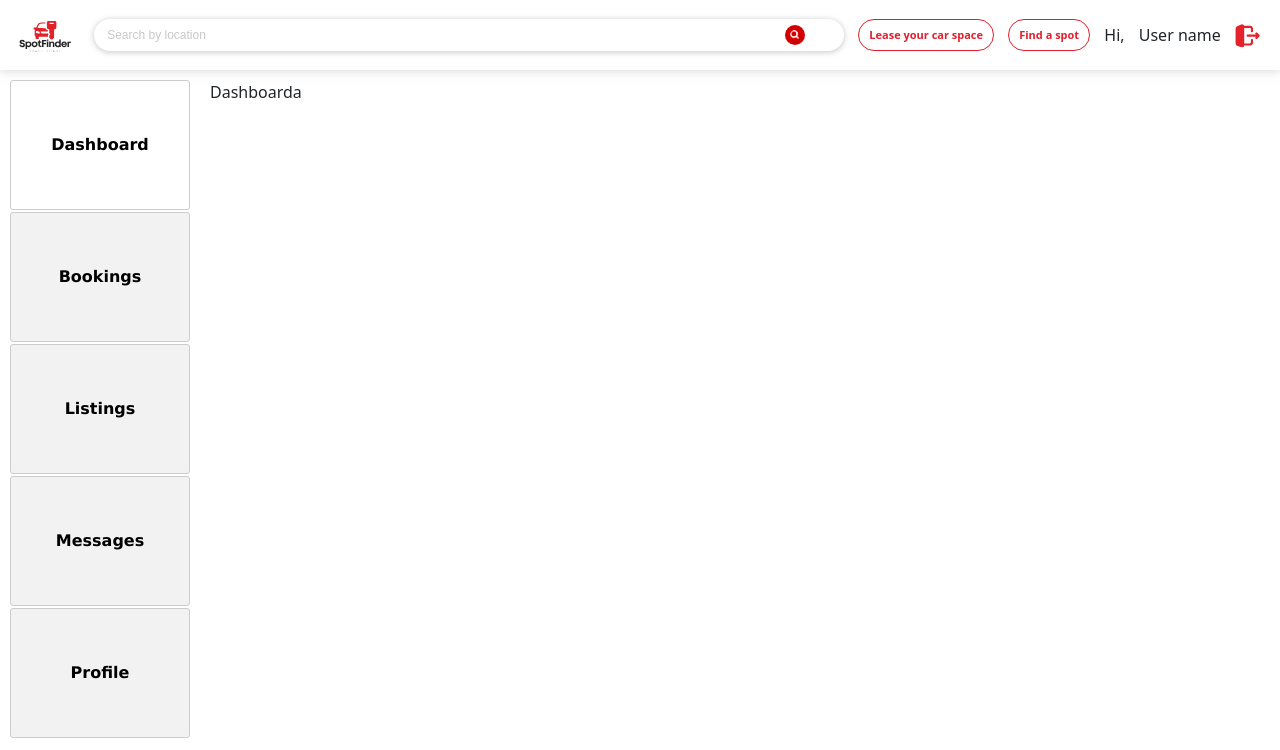
Repository: UNSWSpotFinder/SpotFinder
Page: /dashboard (app in frontend/)
These files come from the project's save history. The page is drawn as it stood at one moment and after a run of saves; the edit follows.
The browser window is 1280 px wide. The pictures show the whole page.
The project was rebuilt for these pictures with package versions that can differ from the ones it lists, and the page was loaded fresh each time. Also part of the build but not shown: frontend/src/Login.css, frontend/src/Login.jsx, frontend/src/Regist.css, frontend/src/Regist.jsx, frontend/src/HomePage.jsx, frontend/src/App.css, frontend/src/components/Bookings.jsx, frontend/src/components/Listings.jsx and 2 more.

Above is the page before, as saved 2024-03-09 20:51:40.

After the next 2 saves:
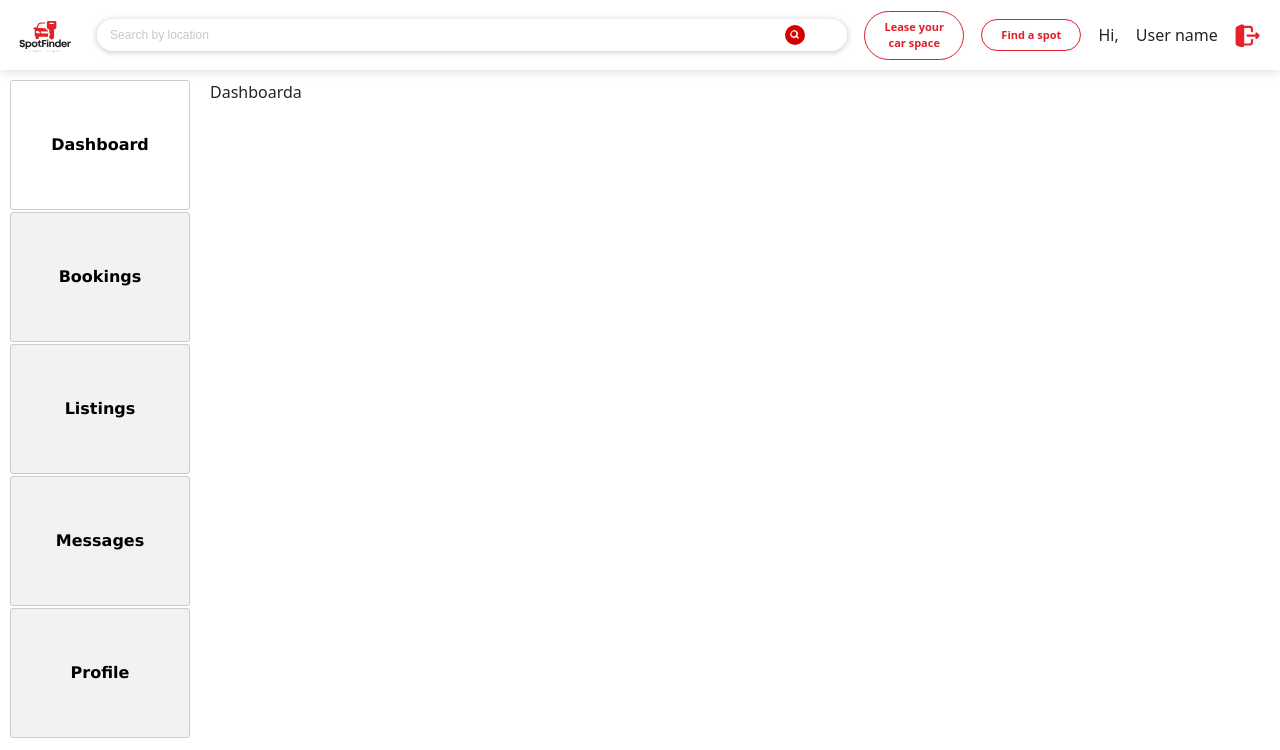
The 2 saves are shown as one change because they came seconds apart.
The last was saved 30 s later.
--- a/frontend/src/components/DashboardTop.css
+++ b/frontend/src/components/DashboardTop.css
@@ -12,6 +12,7 @@
     padding: 7px 10px;
     border: 1px solid #e11e2c;
     border-radius: 25px;
+    width: 100px;
     outline: none;
     background-color: #fff;
     cursor: pointer;
